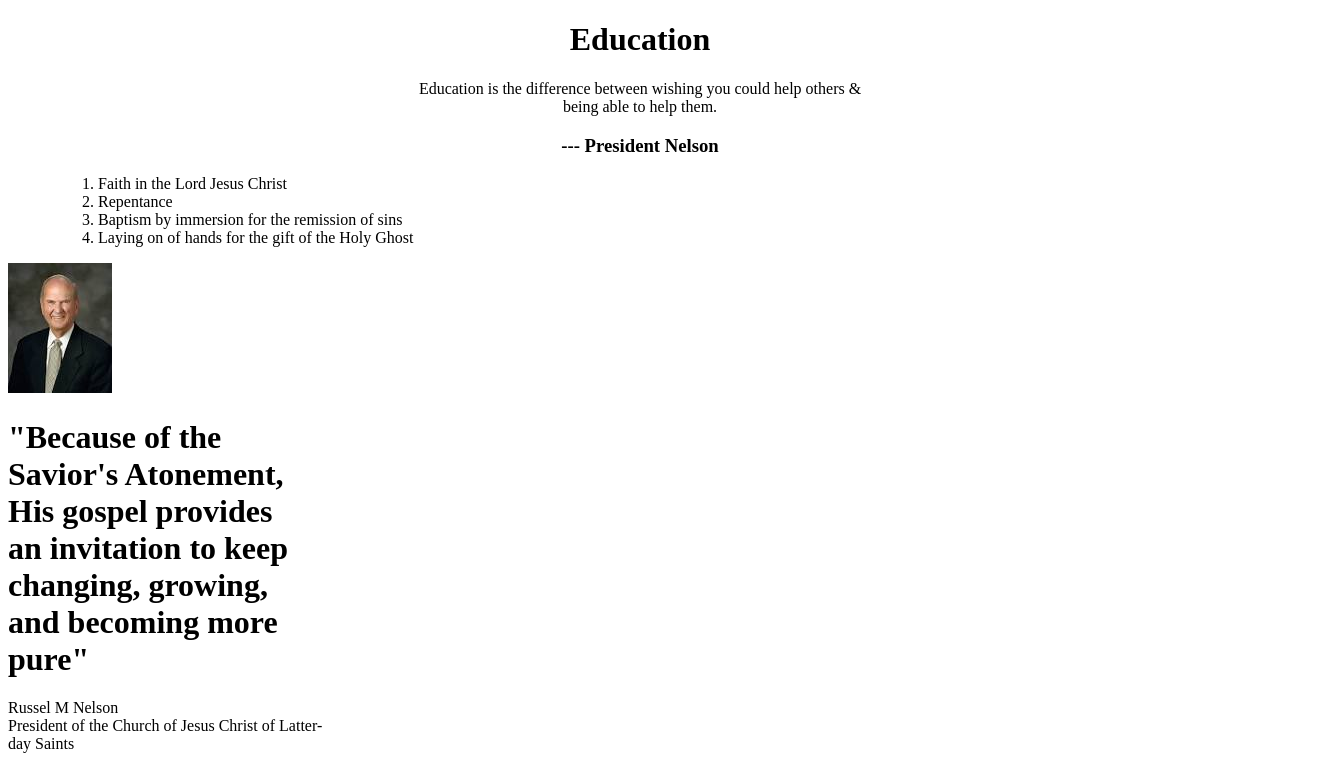
Repository: nak97/WDD-130
Page: ice challenge/index.html
The author's editor kept a copy of each file at every save. The page is drawn from the files as they stood at one save, then again after the next save.
The browser window is 1280 px wide. The page is 1322 px wide, so the pictures cover 1322 px, including what lies to the right of the window. The pictures show the whole page.

Above is the page before, as saved 2023-01-24 21:11:10.

### ice challenge/index.html
<!DOCTYPE html>

<html>
  <head>
    <meta charset="utf-8">
    <meta http-equiv="X-UA-Compatible" content="IE=edge">
    <title></title>
    <meta name="description" content="">
    <meta name="viewport" content="width=device-width, initial-scale=1">
    <link rel="stylesheet" href="styles.css">
  </head>
  <body>
    <div class="container">
    <div class="background">
      <div class="top-info">
   <h1>Education  </h1>
   <p>Education is the difference between wishing you could help others & <br> being able to help them.</p>
   <h3>--- President Nelson</h3>
    </div>
   <ol type="1">
    <li>Faith in the Lord Jesus Christ</li>
    <li>Repentance</li>
    <li>Baptism by immersion for the remission of sins</li>
    <li>Laying on of hands for the gift of the Holy Ghost</li>
  </ol>
  <div class="bot-info">
  <img src="data:[embedded picture, 3119 characters]" alt="Pres Nelly">
<h1>"Because of the <br> Savior's Atonement,<br> His gospel provides <br> an invitation to keep <br> changing, growing, <br> and becoming more <br> pure"</h1>
<footer><p>Russel M Nelson <br>President of the Church of Jesus Christ of Latter- <br> day Saints</p>
</footer>
</div>
  </body>

</div>
</div>
</html>

### ice challenge/styles.css
.top-info {
  text-align: center;
}

ol{
  position: relative;
  left: 50px;
}

After the next save:
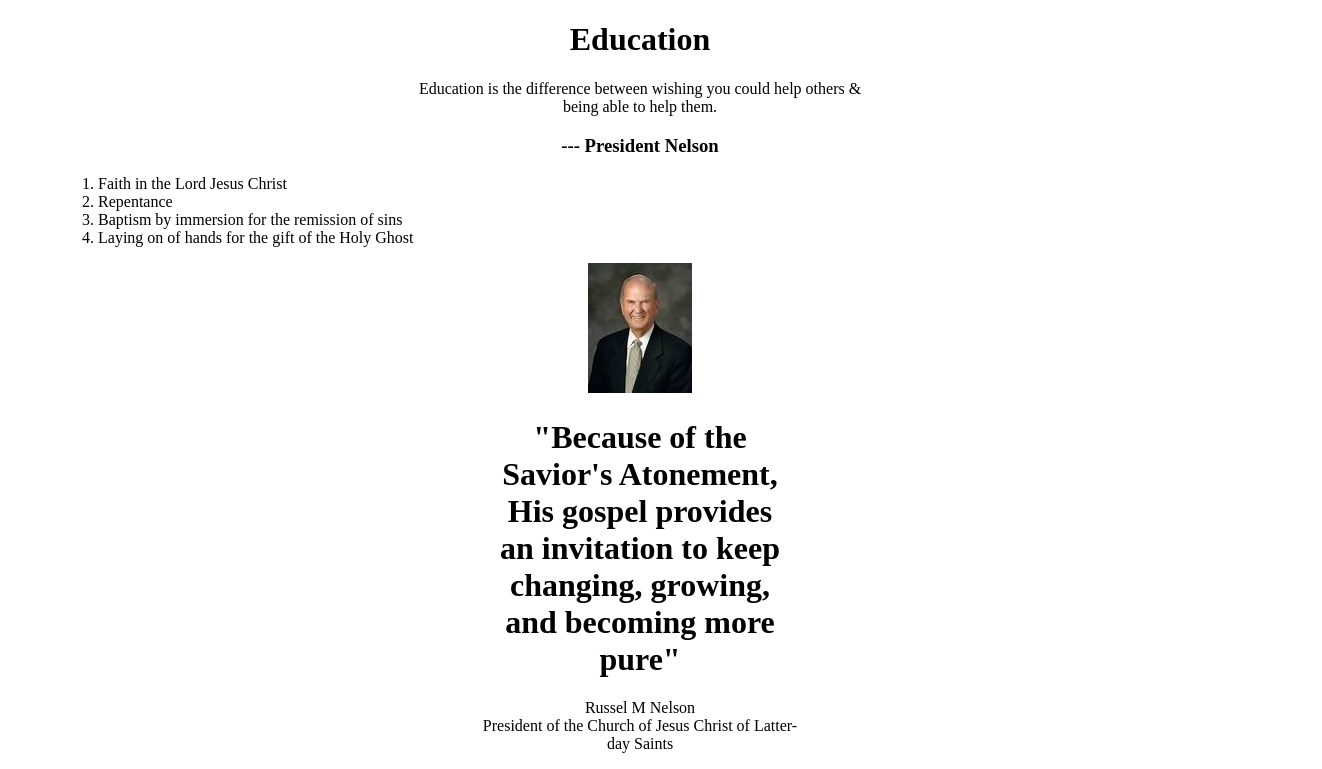
Saved 43 s later.
--- a/ice challenge/styles.css
+++ b/ice challenge/styles.css
@@ -6,3 +6,6 @@
   position: relative;
   left: 50px;
 }
+.bot-info {
+text-align: center;
+}
